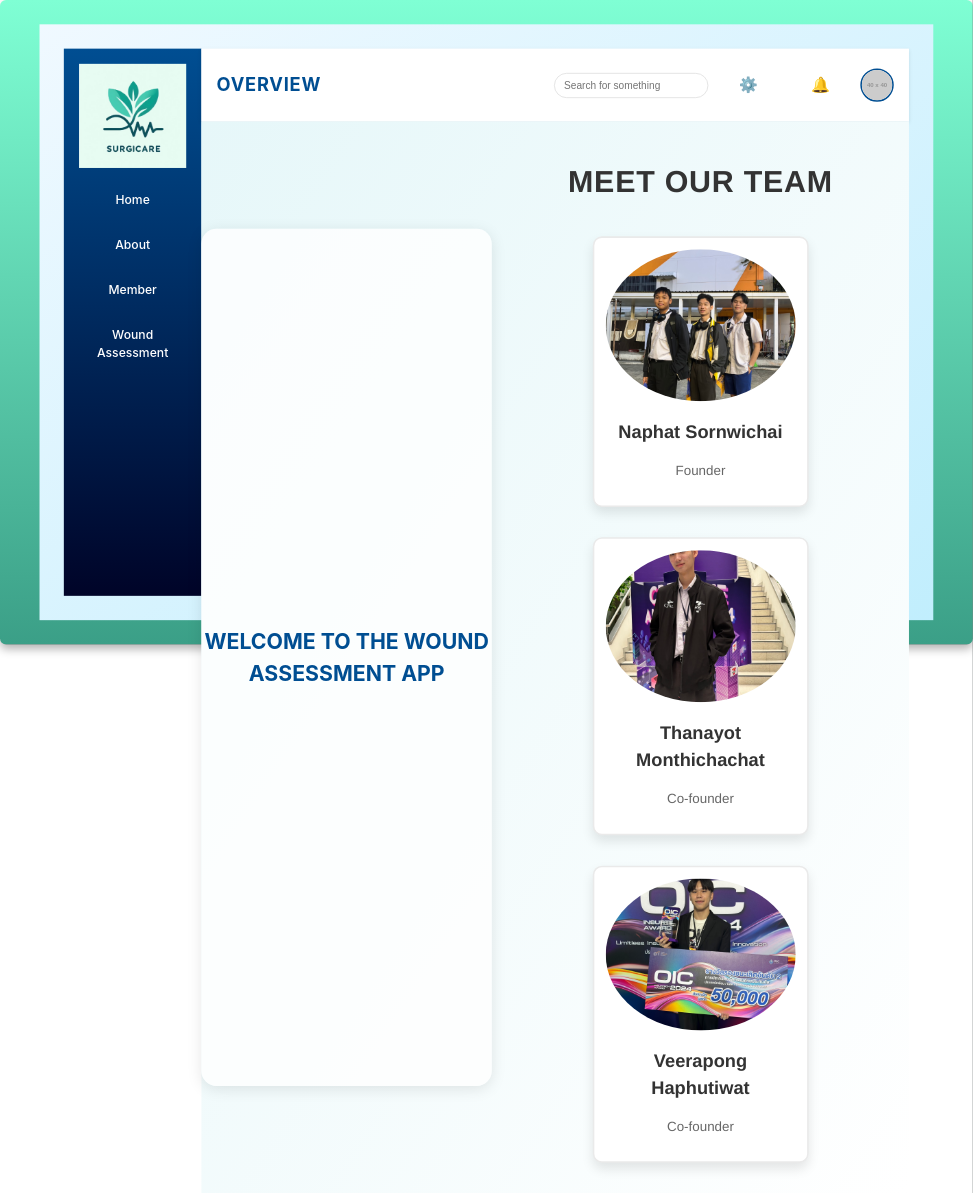
Repository: Jinwoo290350/Surgicare-Vue
Page: /member (app in surgicare/)
The author's editor kept a copy of each file at every save. The page is drawn from the files as they stood at one save, then again after the next save.
The browser window is 1280 px wide. The pictures show the whole page, at 76% of full size.
The project was rebuilt for these pictures with package versions that can differ from the ones it lists, and the page was loaded fresh each time. Also part of the build but not shown: surgicare/vite.config.js, surgicare/src/views/Home.vue, surgicare/src/views/About.vue, surgicare/src/components/WoundAssessment.vue.

Above is the page before, as saved 2024-12-30 14:11:18.
Console error: TypeError: Cannot read properties of null (reading 'getContext')

### surgicare/index.html
<!doctype html>
<html lang="en">
  <head>
    <meta charset="UTF-8" />
    <link rel="icon" type="image/svg+xml" href="/vite.svg" />
    <meta name="viewport" content="width=device-width, initial-scale=1.0" />
    <title>Vite + Vue</title>
  </head>
  <body>
    <div id="app"></div>
    <script type="module" src="/src/main.js"></script>
  </script>
  <link href="https://fonts.googleapis.com/css2?family=Roboto:wght@400;500;700&display=swap" rel="stylesheet">

  <script type="text/javascript" src="./src/star.js"></script>
  </body>
</html>

### surgicare/src/main.js
import { createApp } from 'vue'
import './style.css'
import App from './App.vue'
import router from "./router";

createApp(App).use(router).mount("#app");

### surgicare/src/style.css
:root {
  font-family: Inter, system-ui, Avenir, Helvetica, Arial, sans-serif;
  line-height: 1.5;
  font-weight: 400;
  color-scheme: light dark;
  color: rgba(255, 255, 255, 0.87);
  background-color: #242424; /* Keeping the same background, just a bit darker */
  font-synthesis: none;
  text-rendering: optimizeLegibility;
  -webkit-font-smoothing: antialiased;
  -moz-osx-font-smoothing: grayscale;
}

a {
  font-weight: 500;
  text-decoration: inherit;
  transition: color 0.3s ease-in-out;
}
a:hover {
  color: #535bf2; /* Keep the same blue hover effect */
}

body {
  margin: 0;
  display: flex;
  place-items: center;
  min-width: 320px;
  min-height: 100vh;
  padding-left: 20px;
  padding-right: 20px;
  background-color: #1f2d29; /* Darkened background color */
  background-image: linear-gradient(to top, #3b9f87, #7FFFD4); /* Keep the original gradient, just darker */
  background-repeat: repeat-x;
  filter: progid:DXImageTransform.Microsoft.gradient(startColorstr='#3b9f87', endColorstr='#7FFFD4', GradientType=0);
  border-radius: 8px;
  box-shadow: 0 6px 12px rgba(0, 0, 0, 0.3); /* Stronger shadow for depth */
}

h1 {
  font-size: 3.2em;
  line-height: 1.1;
  color: #fff;
  text-transform: uppercase;
  letter-spacing: 1px;
  margin-bottom: 0.5em;
  transition: transform 0.3s ease-in-out;
}
h1:hover {
  transform: scale(1.05); /* Slightly enlarges title on hover */
}

button {
  border-radius: 8px;
  border: 1px solid transparent;
  padding: 0.8em 1.5em;
  font-size: 1em;
  font-weight: 500;
  font-family: inherit;
  background-color: #333; /* Slightly darker button background */
  color: white;
  cursor: pointer;
  transition: all 0.3s ease;
}
button:hover {
  border-color: #646cff;
  background-color: #444; /* Darker hover effect */
  transform: translateY(-2px); /* Lift effect on hover */
}
button:focus,
button:focus-visible {
  outline: 4px auto -webkit-focus-ring-color;
}

.card {
  padding: 2em;
  background-color: #2a2a2a; /* Darkened card background */
  border-radius: 12px;
  box-shadow: 0 4px 10px rgba(0, 0, 0, 0.4); /* Darker shadow for cards */
  transition: transform 0.3s ease;
}
.card:hover {
  transform: translateY(-5px); /* Slight lift effect on hover */
}

#app {
  max-width: 1280px;
  margin: 0 auto;
  padding: 2rem;
  text-align: center;
}

/* Media Query for Small Screens (Mobile) */
@media (max-width: 768px) {
  body {
    padding-left: 15px;
    padding-right: 15px;
  }

  h1 {
    font-size: 2.4em; /* Slightly smaller title for mobile screens */
  }

  button {
    padding: 0.6em 1.2em;
    font-size: 1em;
  }

  .card {
    padding: 1.5em;
  }

  #app {
    padding: 1.5rem;
  }
}

/* Light Mode Styles */
@media (prefers-color-scheme: light) {
  :root {
    color: #213547;
    background-color: #ffffff;
  }
  a:hover {
    color: #747bff;
  }
  button {
    background-color: #f9f9f9;
    color: #333;
  }
  .card {
    background-color: #f5f5f5;
    box-shadow: 0 2px 6px rgba(0, 0, 0, 0.1);
  }
}

### surgicare/src/App.vue
<template>
  <div id="app" class="app-container">
    <aside class="sidebar">
      <img src="/Users/frank/Vscode/Vue/surgicare/public/Icon_surgicare.png" alt="Logo" class="logo" />
      <nav class="menu">
        <router-link to="/">Home</router-link>
        <router-link to="/about">About</router-link>
        <router-link to="/member">Member</router-link>
        <router-link to="/wound-assessment">Wound Assessment</router-link>
      </nav>
    </aside>

    <main class="main-content">
      <header class="header">
        <h1>Overview</h1>
        <div class="header-tools">
          <input type="text" placeholder="Search for something" class="search-box" />
          <button class="settings-btn">⚙️</button>
          <button class="notifications-btn">🔔</button>
          <img src="https://via.placeholder.com/40" alt="Profile" class="profile-pic" />
        </div>
      </header>
      <div class="content-area">
        <div class="placeholder">WELCOME TO THE WOUND ASSESSMENT APP</div>
        <router-view />
      </div>
    </main>
  </div>
</template>

<script>
export default {
  name: "DashboardPage",
};
</script>

<style scoped>
/* General Styles */
body {
  margin: 0;
  font-family: 'Poppins', Arial, sans-serif;
}

.app-container {
  display: flex;
  height: 100vh;
  background: linear-gradient(to bottom right, #f0f9ff, #c1eefd);
}

.sidebar {
  width: 250px;
  background: linear-gradient(to bottom, #004e92, #000428);
  color: white;
  padding: 20px;
  display: flex;
  flex-direction: column;
  align-items: center;
}

.logo {
  width: 100%;
  max-width: 150px;
  margin-bottom: 20px;
}

.menu a {
  text-decoration: none;
  color: white;
  font-size: 16px;
  margin-bottom: 15px;
  display: block;
  text-align: center;
  padding: 10px 15px;
  border-radius: 8px;
  transition: background 0.3s, transform 0.3s;
}

.menu a:hover {
  background: rgba(255, 255, 255, 0.2);
  transform: scale(1.05);
}

.main-content {
  flex-grow: 1;
  display: flex;
  flex-direction: column;
}

.header {
  display: flex;
  justify-content: space-between;
  align-items: center;
  padding: 20px;
  background: white;
  box-shadow: 0 2px 5px rgba(0, 0, 0, 0.1);
}

.header h1 {
  font-size: 24px;
  color: #004e92;
  margin: 0;
}

.header-tools {
  display: flex;
  align-items: center;
}

.search-box {
  padding: 8px 12px;
  border: 1px solid #ddd;
  border-radius: 25px;
  margin-right: 10px;
  outline: none;
  transition: box-shadow 0.3s;
}

.search-box:focus {
  box-shadow: 0 0 10px rgba(0, 78, 146, 0.5);
}

.settings-btn,
.notifications-btn {
  background: none;
  border: none;
  font-size: 20px;
  color: #555;
  margin-right: 10px;
  cursor: pointer;
}

.profile-pic {
  width: 40px;
  height: 40px;
  border-radius: 50%;
  border: 2px solid #004e92;
}

.content-area {
  flex-grow: 1;
  background: linear-gradient(to bottom right, #e6f7f9, #ffffff);
  display: flex;
  justify-content: center;
  align-items: center;
  position: relative;
}

.placeholder {
  width: 80%;
  height: 80%;
  background: rgba(255, 255, 255, 0.8);
  border-radius: 20px;
  box-shadow: 0 4px 20px rgba(0, 0, 0, 0.1);
  display: flex;
  justify-content: center;
  align-items: center;
  font-size: 28px;
  color: #004e92;
  font-weight: bold;
  text-align: center;
}
</style>

### surgicare/src/router/index.js
import { createRouter, createWebHistory } from "vue-router";
import Home from "../views/Home.vue";
import About from "../views/About.vue";
import Member from '../views/Member.vue';
import WoundAssessment from "../components/WoundAssessment.vue";

const routes = [
  { path: "/", name: "Home", component: Home },
  { path: "/about", name: "About", component: About },
  {
    path: "/member",
    name: "Member",
    component: Member,
  },
  { path: "/wound-assessment", name: "WoundAssessment", component: WoundAssessment },
];

const router = createRouter({
  history: createWebHistory(),
  routes,
});

export default router;

### surgicare/src/views/Member.vue
<template>
  <div id="team-page">
    <h1>Meet Our Team</h1>
    <!-- Member Cards -->
    <div class="member-cards">
      <div
        class="member-card"
        v-for="(member, index) in members"
        :key="index"
        @click="selectMember(member)"
      >
        <img :src="member.photo" :alt="member.name" class="member-photo" />
        <div class="member-info">
          <h2>{{ member.name }}</h2>
          <p>{{ member.role }}</p>
        </div>
      </div>
    </div>

    <!-- Member Details Modal -->
    <div v-if="selectedMember" class="member-details">
      <div class="details-content">
        <h2>{{ selectedMember.name }}</h2>
        <p>{{ selectedMember.role }}</p>
        <p>{{ selectedMember.bio }}</p>
        <button @click="closeDetails">Close</button>
      </div>
    </div>
  </div>
</template>

<script>
export default {
  data() {
    return {
      members: [
        {
          name: "Naphat Sornwichai",
          role: "Founder",
          photo: "Pogus.jpg",
          bio: "Founder of Surgicare",
        },
        {
          name: "Thanayot Monthichachat",
          role: "Co-founder",
          photo: "Zoe.jpg",
          bio: "Co-founder of Surgicare",
        },
        {
          name: "Veerapong Haphutiwat",
          role: "Co-founder",
          photo: "Frank.jpg",
          bio: "Co-founder of Surgicare",
        },
      ],
      selectedMember: null,
    };
  },
  methods: {
    selectMember(member) {
      this.selectedMember = member;
    },
    closeDetails() {
      this.selectedMember = null;
    }
  }
};
</script>

<style scoped>
#team-page {
  padding: 30px;
  text-align: center;
  font-family: 'Helvetica Neue', sans-serif;
}

h1 {
  font-size: 2.5em;
  font-weight: 600;
  margin-bottom: 40px;
  color: #333;
  text-transform: uppercase;
}

.member-cards {
  display: flex;
  justify-content: space-around;
  flex-wrap: wrap;
  gap: 20px;
}

.member-card {
  width: 250px;
  margin: 10px;
  cursor: pointer;
  border: 2px solid #eaeaea;
  border-radius: 12px;
  padding: 15px;
  background-color: #fff;
  box-shadow: 0 8px 16px rgba(0, 0, 0, 0.1);
  transition: transform 0.3s ease, box-shadow 0.3s ease;
}

.member-card:hover {
  transform: translateY(-5px);
  box-shadow: 0 12px 24px rgba(0, 0, 0, 0.1);
}

.member-photo {
  width: 100%;
  height: 200px;
  object-fit: cover;
  border-radius: 50%;
  transition: transform 0.3s ease;
}

.member-card:hover .member-photo {
  transform: scale(1.05);
}

.member-info h2 {
  font-size: 1.5em;
  font-weight: 600;
  color: #333;
  margin-top: 15px;
}

.member-info p {
  font-size: 1.1em;
  color: #666;
  margin-top: 5px;
}

.member-details {
  position: fixed;
  top: 0;
  left: 0;
  width: 100%;
  height: 100%;
  background: rgba(0, 0, 0, 0.6);
  display: flex;
  justify-content: center;
  align-items: center;
  animation: fadeIn 0.3s ease-in-out;
}

.details-content {
  background: #fff;
  padding: 30px;
  border-radius: 10px;
  text-align: center;
  width: 320px;
  max-width: 80%;
  box-shadow: 0 8px 16px rgba(0, 0, 0, 0.2);
  animation: slideIn 0.3s ease-out;
}

.details-content h2 {
  font-size: 1.8em;
  font-weight: 700;
  color: #333;
  margin-bottom: 10px;
}

.details-content p {
  font-size: 1.1em;
  color: #555;
  margin-bottom: 20px;
}

button {
  padding: 12px 25px;
  background-color: #42b983;
  color: white;
  border: none;
  border-radius: 5px;
  cursor: pointer;
  font-size: 1.1em;
  transition: background-color 0.3s ease;
}

button:hover {
  background-color: #369a6c;
}

@keyframes fadeIn {
  from {
    opacity: 0;
  }
  to {
    opacity: 1;
  }
}

@keyframes slideIn {
  from {
    transform: translateY(-30px);
  }
  to {
    transform: translateY(10);
  }
}
</style>

### surgicare/src/star.js
const canvas = document.querySelector('canvas')
const c = canvas.getContext('2d')

canvas.width = innerWidth
canvas.height = innerHeight

window.addEventListener("resize", function() {
    canvas.width = window.innerWidth;
    canvas.height = window.innerHeight;
    init()
})
function Star(x, y, radius, color) {
    this.x = x
    this.y = y
    this.radius = radius
    this.color = color
    this.velocity = {
        x: (Math.random() - 0.5) * 8,
        y: 3
    }
    this.friction = 0.8
    this.gravity = 1
}

Star.prototype.draw = function() {
    c.save()
    c.beginPath()
    c.arc(this.x, this.y, this.radius, 0, Math.PI * 2, false)
    c.fillStyle = this.color
    c.shadowColor = '#E3EAEF'
    c.shadowBlur = 20
    c.fill()
    c.closePath()
    c.restore()
}

Star.prototype.update = function() {
    this.draw()

    //When ball hits bottom of screen
    if(this.y + this.radius + this.velocity.y > canvas.height - groundHeight){
        this.velocity.y = -this.velocity.y * this.friction
        this.shatter()
    }
    else{
        this.velocity.y += this.gravity
    }

    //Hits side of screen
    if(this.x + this.radius + this.velocity.x > canvas.width || this.x - this.radius <= 0){
        this.velocity.x = -this.velocity.x * this.friction
        this.shatter()
    }

    this.x += this.velocity.x
    this.y += this.velocity.y

}

Star.prototype.shatter = function(){
    this.radius -= 3
    for(let i = 0; i < 8; i++){
        miniStars.push(new MiniStar(this.x, this.y, 2))
    }

}

function MiniStar(x, y, radius, color){
    Star.call(this, x, y, radius, color)
    this.velocity = {
        x: (Math.random() - 0.5) * 10,
        y: (Math.random() - 0.5) * 30
    }
    this.friction = 0.8
    this.gravity = 0.1
    this.ttl = 100
    this.opacity = 1
}

MiniStar.prototype.draw = function() {
    c.save()
    c.beginPath()
    c.arc(this.x, this.y, this.radius, 0, Math.PI * 2, false)
    c.fillStyle = `rgba(227,234, 239, ${this.opacity})`
    c.shadowColor = '#E3EAEF'
    c.shadowBlur = 20
    c.fill()
    c.closePath()
    c.restore()
}

MiniStar.prototype.update = function() {
    this.draw()

    if(this.y + this.radius + this.velocity.y > canvas.height - groundHeight){
        this.velocity.y = -this.velocity.y * this.friction
    }
    else{
        this.velocity.y += this.gravity
    }

    this.x += this.velocity.x
    this.y += this.velocity.y
    this.ttl -= 1
    this.opacity -= 0.0001 * this.ttl
}

function creatMountainRange(mountainAmount, height, color){
    for(let i = 0; i < mountainAmount; i++){
        const mountainWidth = canvas.width / mountainAmount
        c.beginPath()
        c.moveTo(i * mountainWidth, canvas.height)
        c.lineTo(i * mountainWidth + mountainWidth + 0.2*canvas.height, canvas.height)
        c.lineTo(i * mountainWidth + mountainWidth / 2, canvas.height - height)
        c.lineTo(i * mountainWidth - 0.2*canvas.height, canvas.height)
        c.fillStyle = color
        c.fill()
        c.closePath()
    }
}

// Implementation
const backgroundGradient = c.createLinearGradient(0, 0, canvas.width, canvas.height)
backgroundGradient.addColorStop(0, '#171e26')
backgroundGradient.addColorStop(1, '#3f586b')

let stars
let miniStars
let backgroundStars
let ticker = 0
let randomSpawnRate = 75
const groundHeight = 0.09 * canvas.height
let inf = 1e9
function init() {
    stars = []
    miniStars = []
    backgroundStars = []

    for(let i = 0; i < 200; i++){
        const x = Math.random() * canvas.width
        const y = Math.random() * canvas.height
        const radius = Math.random() * 3
        backgroundStars.push(new Star(x, y, radius, 'white'))
    }
}

// Animation Loop
function animate() {
    c.clearRect(0, 0, 0, canvas.height)
    c.fillStyle = backgroundGradient
    c.fillRect(0, 0, canvas.width, canvas.height)

    backgroundStars.forEach(backgroundStar => {
        backgroundStar.draw()
    })

    if(flag) creatMountainRange(1, canvas.height * 0.7, '#384551')
    if(flag) creatMountainRange(2, canvas.height * 0.6, '#2B3843')
    if(flag) creatMountainRange(3, canvas.height * 0.4, '#26333E')
    c.fillStyle = '#182028'
    c.fillRect(0, canvas.height - groundHeight, canvas.width, groundHeight)
    stars.forEach((star, index) => {
        star.update();
        if(star.radius == 0){
            stars.splice(index, 1)
        }
    });

    miniStars.forEach((miniStar, index) => {
        miniStar.update();
        if(miniStar.ttl == 0){
            miniStars.splice(index, 1)
        }
    });

    ticker++
    if(ticker >= inf){
        ticker = 0
    }
    if(ticker % randomSpawnRate == 0){
        const radius = 9
        const x = Math.max(radius, Math.random() * canvas.width - radius)
        stars.push(new Star(x, -100, 9, '#E3EAEF'))
        randomSpawnRate = Math.floor(Math.random() * (200 - 125 + 1) + 125)
    }

    requestAnimationFrame(animate)
}

init()
animate()

After the next save:
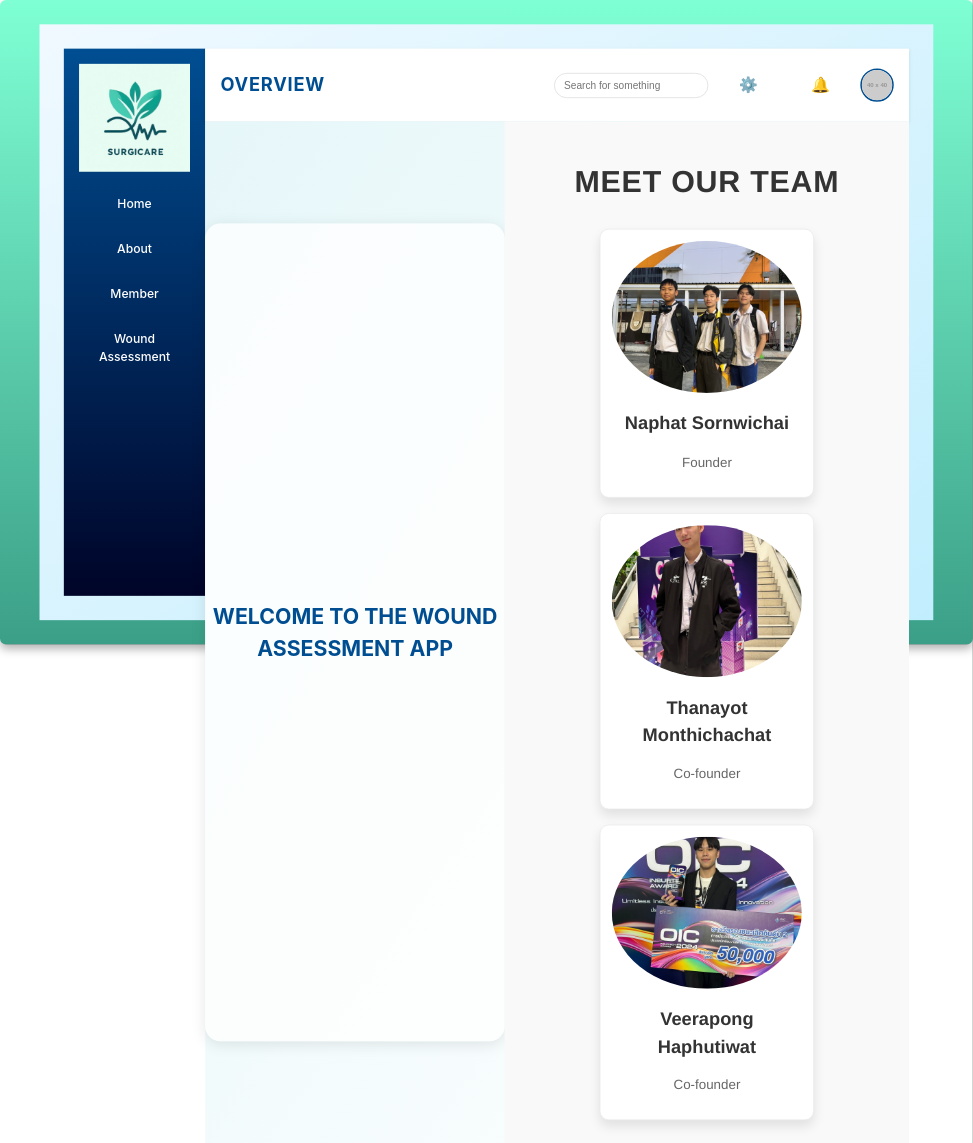
Saved 108 s later.
--- a/surgicare/src/views/Member.vue
+++ b/surgicare/src/views/Member.vue
@@ -21,7 +21,7 @@
     <div v-if="selectedMember" class="member-details">
       <div class="details-content">
         <h2>{{ selectedMember.name }}</h2>
-        <p>{{ selectedMember.role }}</p>
+        <p><strong>Role:</strong> {{ selectedMember.role }}</p>
         <p>{{ selectedMember.bio }}</p>
         <button @click="closeDetails">Close</button>
       </div>
@@ -37,20 +37,20 @@ export default {
         {
           name: "Naphat Sornwichai",
           role: "Founder",
-          photo: "Pogus.jpg",
-          bio: "Founder of Surgicare",
+          photo: "Pogus.jpg", // Ensure correct path
+          bio: "Founder of Surgicare.",
         },
         {
           name: "Thanayot Monthichachat",
           role: "Co-founder",
-          photo: "Zoe.jpg",
-          bio: "Co-founder of Surgicare",
+          photo: "Zoe.jpg", // Ensure correct path
+          bio: "Co-founder of Surgicare.",
         },
         {
           name: "Veerapong Haphutiwat",
           role: "Co-founder",
-          photo: "Frank.jpg",
-          bio: "Co-founder of Surgicare",
+          photo: "Frank.jpg", // Ensure correct path
+          bio: "Co-founder of Surgicare.",
         },
       ],
       selectedMember: null,
@@ -62,8 +62,8 @@ export default {
     },
     closeDetails() {
       this.selectedMember = null;
-    }
-  }
+    },
+  },
 };
 </script>
 
@@ -72,6 +72,8 @@ export default {
   padding: 30px;
   text-align: center;
   font-family: 'Helvetica Neue', sans-serif;
+  background-color: #f9f9f9;
+  min-height: 100vh;
 }
 
 h1 {
@@ -84,16 +86,15 @@ h1 {
 
 .member-cards {
   display: flex;
-  justify-content: space-around;
+  justify-content: center;
   flex-wrap: wrap;
   gap: 20px;
 }
 
 .member-card {
   width: 250px;
-  margin: 10px;
   cursor: pointer;
-  border: 2px solid #eaeaea;
+  border: 1px solid #eaeaea;
   border-radius: 12px;
   padding: 15px;
   background-color: #fff;
@@ -142,6 +143,7 @@ h1 {
   justify-content: center;
   align-items: center;
   animation: fadeIn 0.3s ease-in-out;
+  z-index: 1000;
 }
 
 .details-content {
@@ -149,8 +151,8 @@ h1 {
   padding: 30px;
   border-radius: 10px;
   text-align: center;
-  width: 320px;
-  max-width: 80%;
+  width: 90%;
+  max-width: 400px;
   box-shadow: 0 8px 16px rgba(0, 0, 0, 0.2);
   animation: slideIn 0.3s ease-out;
 }
@@ -197,7 +199,7 @@ button:hover {
     transform: translateY(-30px);
   }
   to {
-    transform: translateY(10);
+    transform: translateY(0);
   }
 }
 </style>
